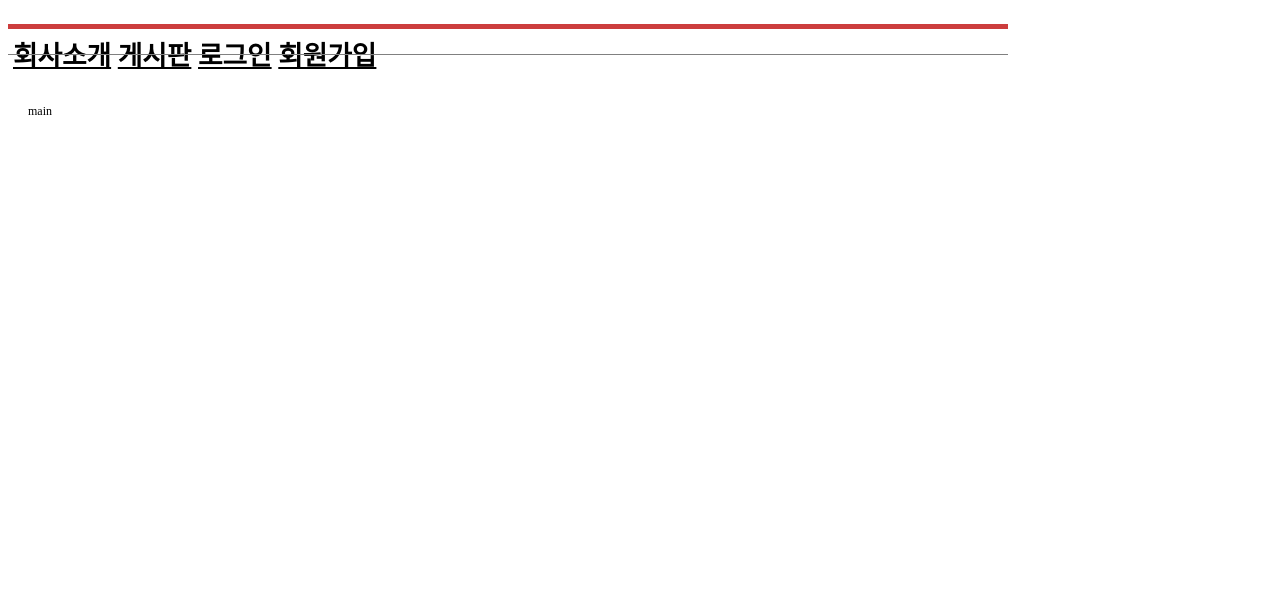
Repository: asaf0813/aisw
Page: java/이클립스/workspace/html/htmltest/WebContent/main.html
An editor plug-in stored every save of this project. The page is shown before and after the next save, followed by the edit.
The browser window is 1280 px wide. The pictures show the part of the page from y = 158 to 762 px (the page is 762 px tall).

Above is the page before, as saved 2019-10-03 06:54:20.

### java/이클립스/workspace/html/htmltest/WebContent/main.html
<!doctype html>
<html lang="en">
	<head>
		<meta charset="UTF-8">
		<meta name="Generator" content="EditPlus®">
		<meta name="Author" content="">
		<meta name="Keywords" content="">
		<meta name="Description" content="">
		<title>main</title>
		<link href="./main.css" rel="stylesheet" type="text/css" >
	</head>
	<body>
		<div class="header">
			<a href="./main.html">
			<img width="100%" height="150" src = "http://www.postech.ac.kr/wp-content/themes/postech/images/imgs/signature4.png", alt="" ></a>
		<div>
			<p style="margin-top:20px"></p>
		</div>


		<div class="topnavi_ds">
			<div class="topnavi">
				<a href="./intro/intro.html">회사소개</a> <a href="./board/list.html">게시판</a>  <a href="./member/login.html">로그인</a> <a href="./member/join.html">회원가입</a>
			</div>
		</div>

		<div class="divide"/>
		<div class="body"> main</div>
	</body>
</html>

### java/이클립스/workspace/html/htmltest/WebContent/main.css
.header a:hover{color:red;}
.header a{color:blue;}

.header{
	width:1000px;
	height:50px;
	float:left;
	font-size: 9pt;
}

.topnavi_ds{
	width:100%;
	height:5px;
	background-color:#CC3D3D;
	float:left;
}
.topnavi a:hover{color:green;}
.topnavi a{color:#000000;}

.topnavi{
	width:1000px; height:30px;
	float:left;
	margin-top:10px;
	margin-left:5px;
	font-size: 20pt;
	font-weight: bold;
}

.divide{
	width:100%;
	height:1px;
	float:left;
	margin-top: 25px;
	background-color:gray;
}

.body{
	font-size: 9pt;
	margin-top:50px;
	margin-left:20px;
	width:1000px;
	height:500px;
	float:left;
}

After the next save:
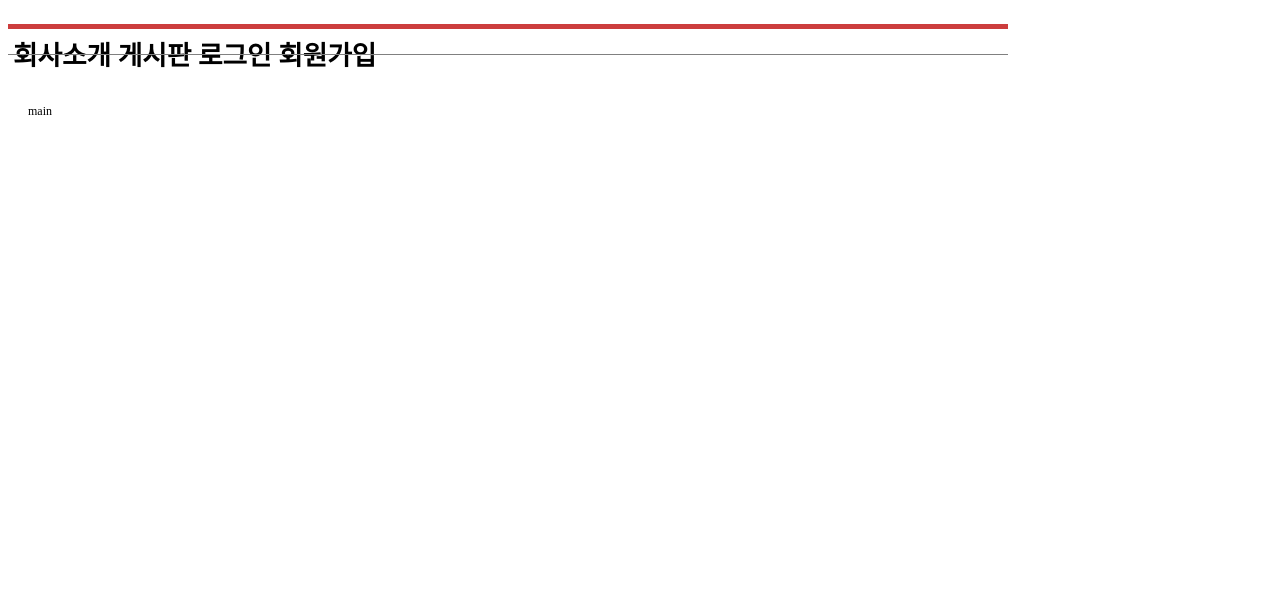
Saved 2 min 24 s later.
--- a/java/이클립스/workspace/html/htmltest/WebContent/main.html
+++ b/java/이클립스/workspace/html/htmltest/WebContent/main.html
@@ -8,6 +8,10 @@
 		<meta name="Description" content="">
 		<title>main</title>
 		<link href="./main.css" rel="stylesheet" type="text/css" >
+		<style type="text/css">
+		a { text-decoration:none }
+		</style>
+
 	</head>
 	<body>
 		<div class="header">
